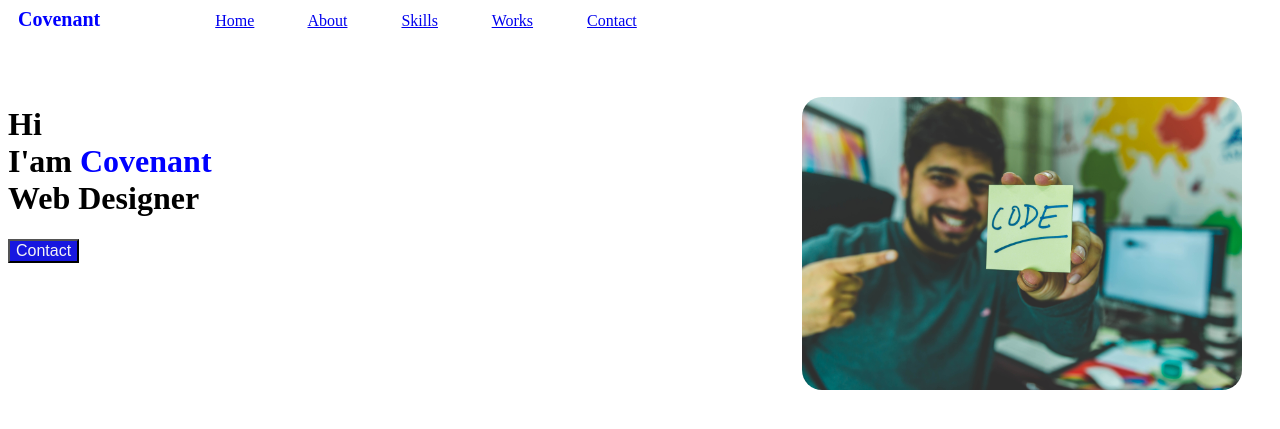
Repository: Tobby004/bdc-assignment-1
Page: index.html
These files come from the project's save history. The page is drawn as it stood at one moment and after the next save; the edit follows.
The browser window is 1280 px wide. The pictures show the whole page.

Above is the page before, as saved 2023-02-09 09:18:14.

### index.html
<!DOCTYPE html>
<html lang="en">
<head>
    <meta charset="UTF-8">
    <meta http-equiv="X-UA-Compatible" content="IE=edge">
    <meta name="viewport" content="width=device-width, initial-scale=1.0">
    <title>Document</title>
    <link rel="stylesheet" href="task.css">
</head>
<body>
    <header>
        <b>
            Covenant
        </b>
        <a href="#">
            Home</a>
            <a href="#">About</a>
            <a href="#">Skills</a>
            <a href="#">Works</a>
            <a href="#">Contact</a>
    </header>
    <br>
    <br>
   <img src="image/Cov.jpg">
   <br>
   <h1>Hi <br> I'am <b>Covenant</b><br> Web Designer</h1>
<button>Contact</button>
</body>
</html>

### task.css
* {
    box-sizing: border-box;
}
header{
    max-width: 500%;
    display: flexbox;
    color: blue;
}
header b {
font-size: 20px;
padding: 10px;
margin-right: 100px;
width: 100%;
margin-bottom: 20px;
justify-content: space-between;
}
header a {
    margin-inline-end: 100px;
    max-width: 500%;
    margin-inline-end: 50px;

}
img{
    width: 500px;
    padding: 30px;
    float: right;
    border-radius: 50px;
}
h1 b {
    color: blue;
}
button {
    background-color: rgb(23, 23, 224);
    font-size: medium;
    display: block;
    color: whitesmoke;
}

After the next save:
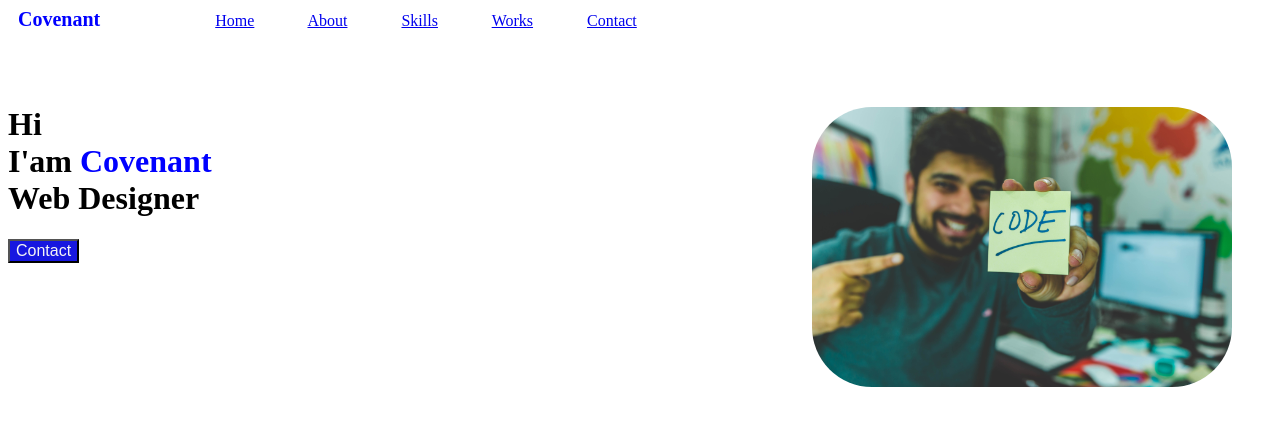
Saved 63 min 0 s later.
--- a/task.css
+++ b/task.css
@@ -22,9 +22,10 @@ header a {
 }
 img{
     width: 500px;
-    padding: 30px;
+    padding: 40px;
     float: right;
-    border-radius: 50px;
+    border-radius: 100px;
+    border-width: 20%;
 }
 h1 b {
     color: blue;
